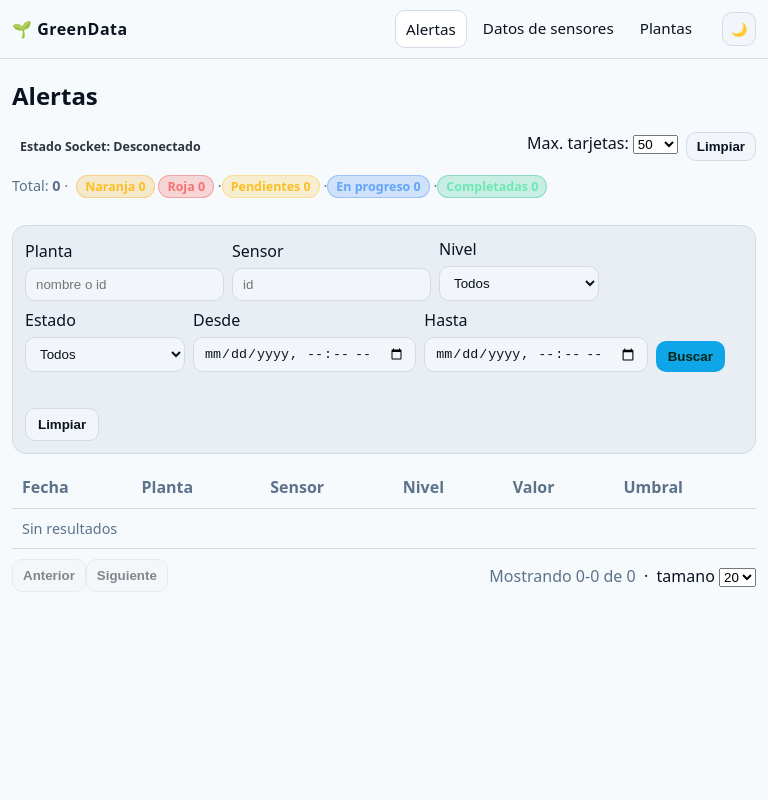
Repository: vicente3000/Sistema-de-sensores
Page: /alertas (app in frontend/)
These files come from the project's save history. The page is drawn as it stood at one moment and after the next save; the edit follows.
The browser window is 768 px wide. The pictures show the whole page.
The page's requests for data from a server got no answer. The project was rebuilt for these pictures with package versions that can differ from the ones it lists, and the page was loaded fresh each time. No one was signed in, and anything a server would have sent is missing. Also part of the build but not shown: frontend/src/css/Home.css, frontend/src/pages/Home.tsx, frontend/src/css/Modal.css, frontend/src/components/ConfirmModal.tsx, frontend/src/pages/Plants.tsx, frontend/src/css/SensorData.css, frontend/src/lib/History.ts, frontend/src/lib/RealTime.ts and 2 more.

Above is the page before, as saved 2025-11-17 18:32:21.

After the next save:
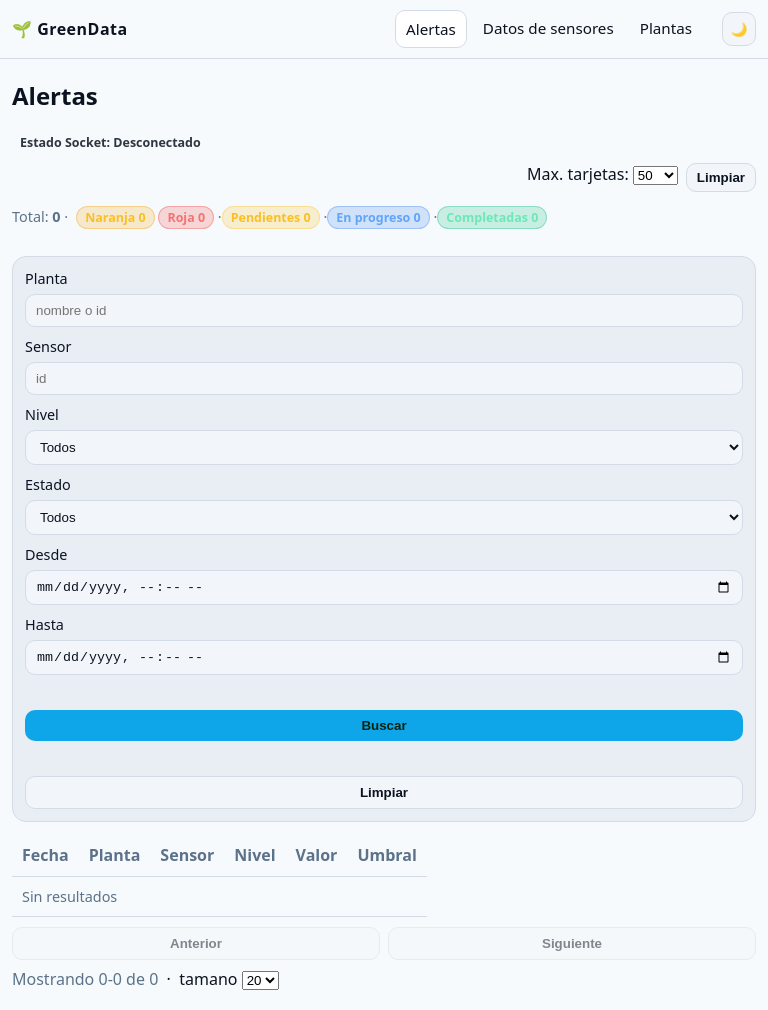
Saved 10 s later.
--- a/frontend/src/css/Alerts.css
+++ b/frontend/src/css/Alerts.css
@@ -40,7 +40,7 @@
 .alert-list {
   display: grid;
   gap: 12px;
-  grid-template-columns: repeat(auto-fit, minmax(260px, 1fr));
+  grid-template-columns: repeat(auto-fit, minmax(240px, 1fr));
 }
 .alert-card {
   background: var(--card);
@@ -124,6 +124,9 @@ button.btn-sm:hover {
   border-collapse: separate;
   border-spacing: 0;
   margin-top: 8px;
+  display: block;
+  overflow-x: auto;
+  white-space: nowrap;
 }
 .alert-table th,
 .alert-table td {
@@ -200,3 +203,17 @@ button.btn-sm:hover {
 }
 .status-completado {
 }
+
+/* Responsive - Alertas */
+@media (max-width: 768px) {
+  .alerts-toolbar { flex-direction: column; align-items: stretch; gap: 10px; }
+  .alerts-toolbar .actions { display: flex; gap: 8px; justify-content: space-between; }
+  .alerts-toolbar select { width: auto; }
+  .filters { display: grid; grid-template-columns: 1fr; gap: 10px; }
+  .filters .field, .filters .field-group { min-width: unset; }
+  .filters .field label { font-size: 0.9rem; }
+  .alert-list { grid-template-columns: 1fr; }
+  .pager { flex-direction: column; align-items: stretch; }
+  .pager > div:first-child { display: grid; grid-template-columns: 1fr 1fr; gap: 8px; }
+  .pager .btn { width: 100%; }
+}
